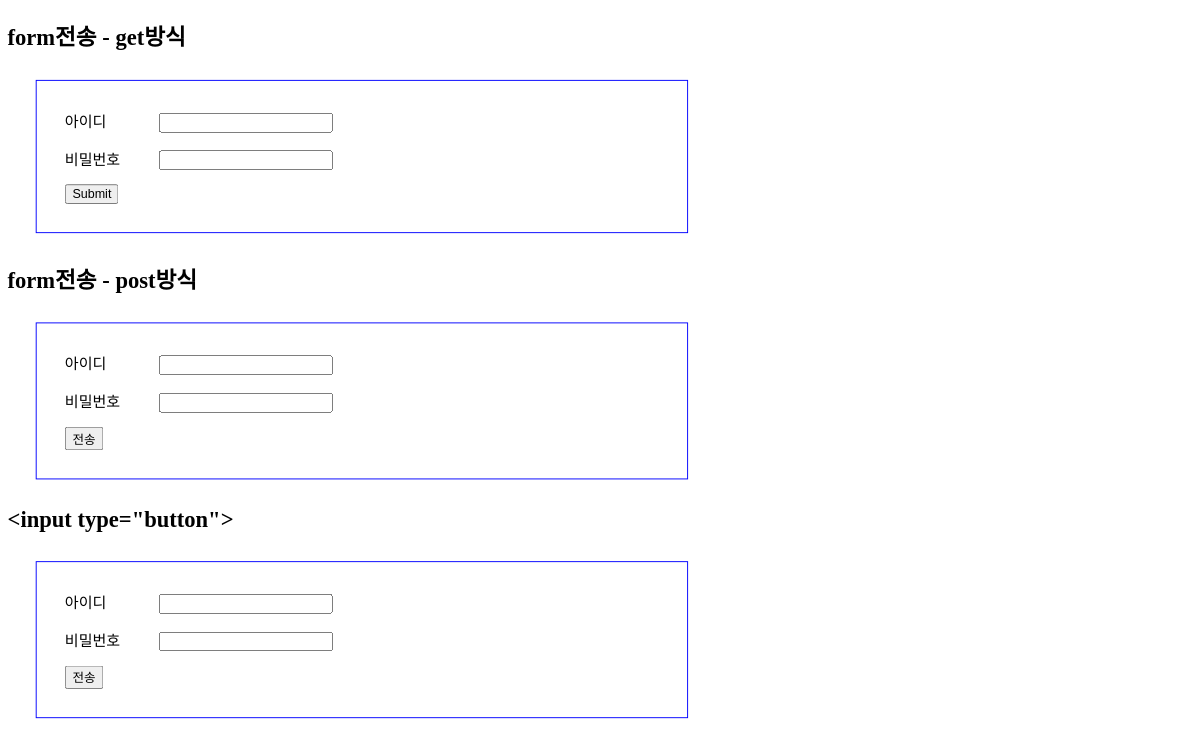
Repository: windy9109/FrontendClass
Page: webpro/src/main/webapp/0225/formDate.html
An editor plug-in stored every save of this project. The page is shown before and after the next save, followed by the edit.
The browser window is 1280 px wide. The pictures show the whole page, at 94% of full size.

Above is the page before, as saved 2022-02-25 06:27:46.

After the next save:
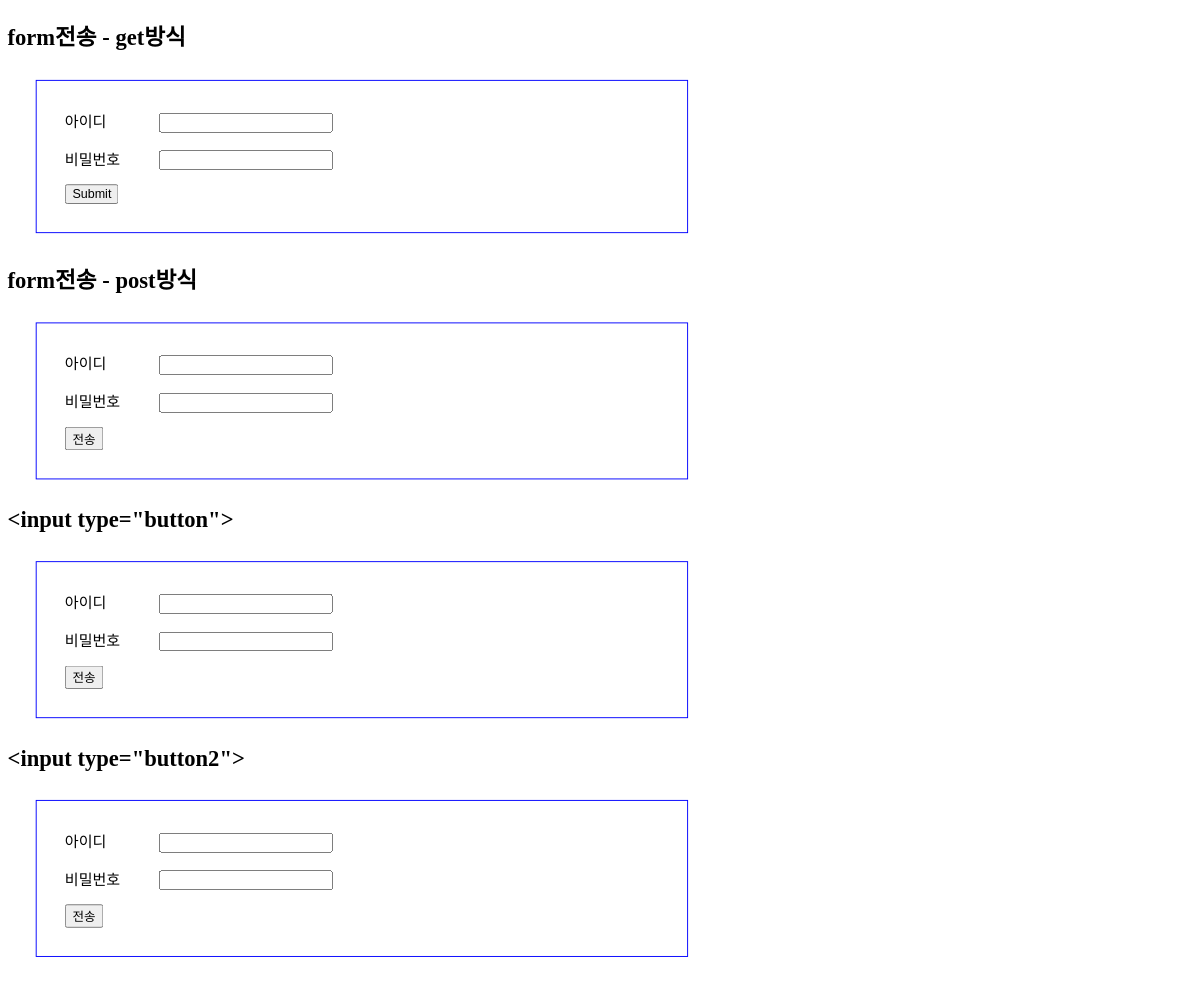
Saved 2 min 10 s later.
--- a/webpro/src/main/webapp/0225/formDate.html
+++ b/webpro/src/main/webapp/0225/formDate.html
@@ -48,6 +48,15 @@ height: 40px;
 
 
 
+	<h2>&lt;input type="button2"></h2>
+	<form action="form.jsp" method="post">
+		<label>아이디</label><input type="text" name="id"><br>
+		<label>비밀번호</label><input type="passward" name="pass"><br>
+		<input type="button" value="전송" onclick="send()"><!-- button은 서버전송기능 없음 -->
+	</form>
+
+
+
 
 </body>
 </html>
